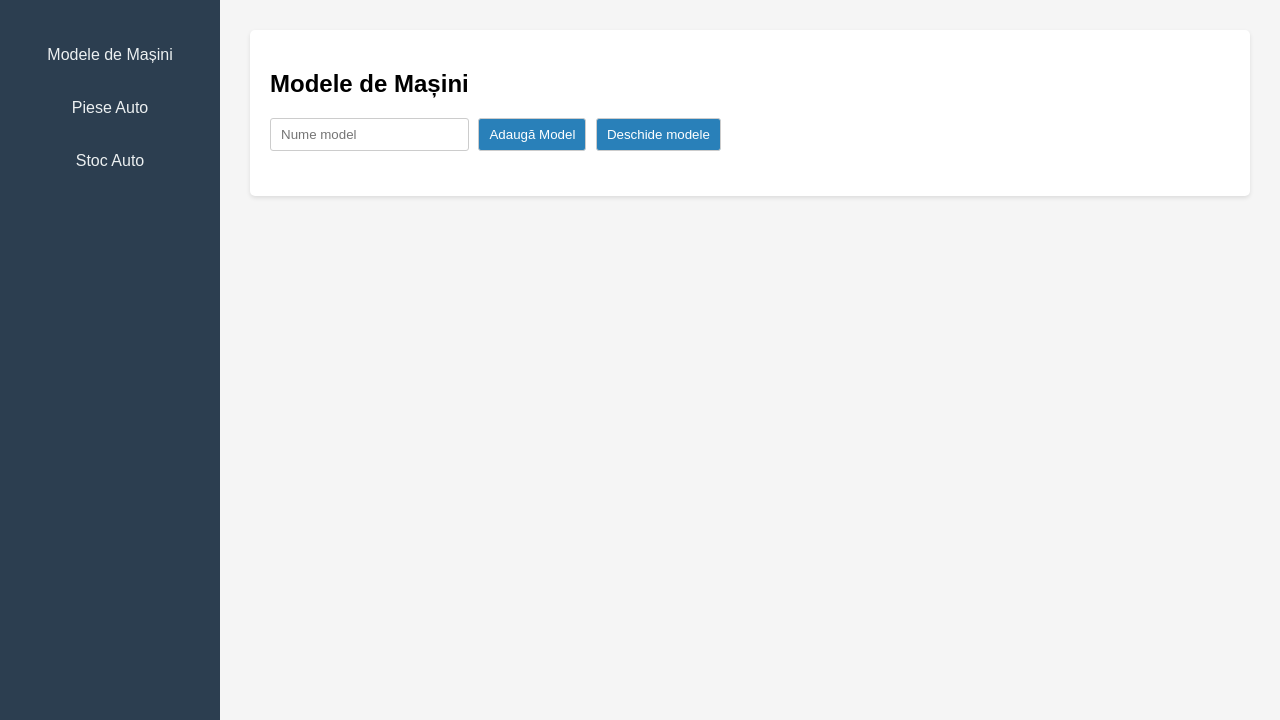
Repository: catalintoma21/autoturc
Page: stockapp1/src/main/resources/static/index.html
The author's editor kept a copy of each file at every save. The page is drawn from the files as they stood at one save, then again after the next save.
The browser window is 1280 px wide. The pictures show the whole page.

Above is the page before, as saved 2025-03-12 11:20:51.

After the next save:
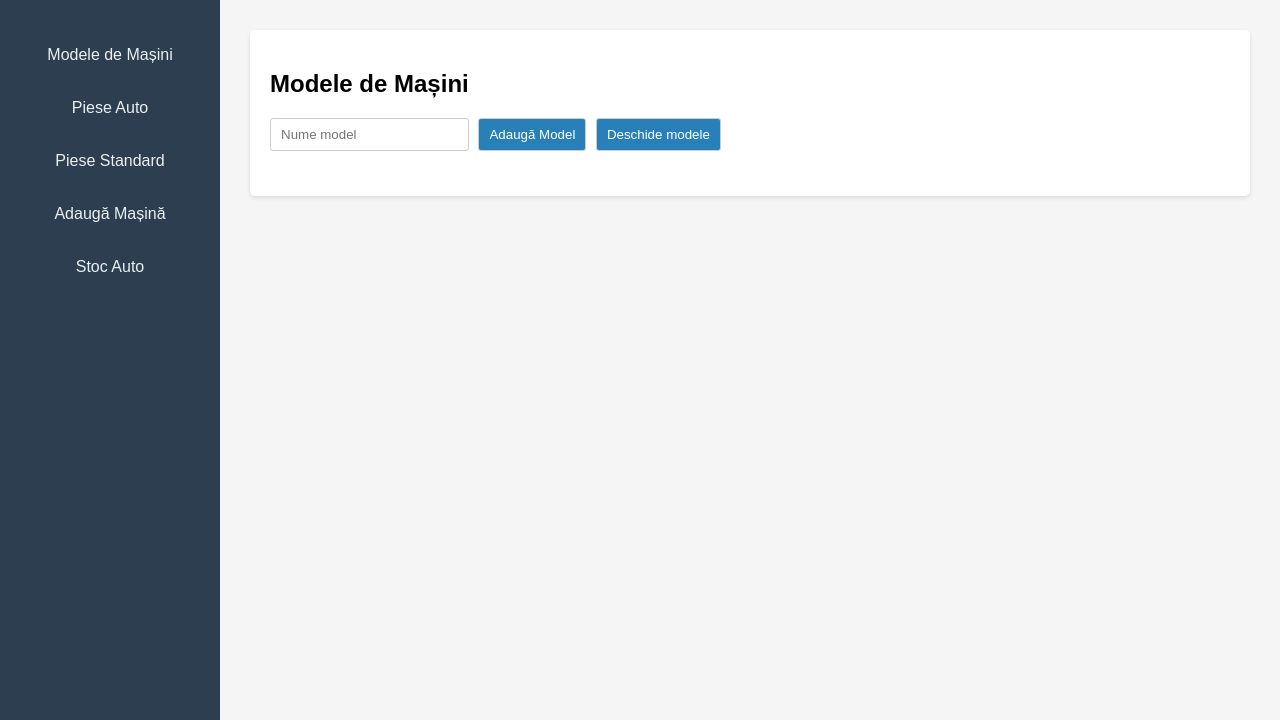
Saved 3 min 37 s later.
--- a/stockapp1/src/main/resources/static/index.html
+++ b/stockapp1/src/main/resources/static/index.html
@@ -12,11 +12,13 @@
       <ul>
         <li><a href="#" data-target="model-section">Modele de Mașini</a></li>
         <li><a href="#" data-target="part-section">Piese Auto</a></li>
+        <li><a href="#" data-target="standard-part-section">Piese Standard</a></li>
+        <li><a href="#" data-target="add-car-section">Adaugă Mașină</a></li>
         <li><a href="#" data-target="stock-section">Stoc Auto</a></li>
       </ul>
     </nav>
 
-    <!-- Conținutul principal -->
+    <!-- Zona de conținut -->
     <div class="content">
       <!-- Secțiunea Modele -->
       <section id="model-section" class="section">
@@ -26,7 +28,7 @@
           <button id="addModelBtn">Adaugă Model</button>
           <button id="openModelBtn">Deschide modele</button>
         </div>
-        <!-- Modal pentru afișarea listei de modele -->
+        <!-- Modal pentru lista modelelor -->
         <div id="modelModal" class="modal">
           <div class="modal-content">
             <span id="closeModelModal" class="close">&times;</span>
@@ -36,9 +38,9 @@
         </div>
       </section>
 
-      <!-- Secțiunea Piese -->
+      <!-- Secțiunea Piese Auto (non-standard) -->
       <section id="part-section" class="section" style="display: none;">
-        <h2>Piese Auto</h2>
+        <h2>Piese Auto (Opțional)</h2>
         <div class="form-group">
           <input type="text" id="partName" placeholder="Nume piesă">
           <input type="text" id="partCarModel" placeholder="Model mașină">
@@ -46,6 +48,31 @@
           <input type="number" id="partEuro" placeholder="Euro" min="3" max="9">
           <input type="text" id="partCode" placeholder="Cod">
           <button id="addPartBtn">Adaugă Piesă</button>
+        </div>
+      </section>
+
+      <!-- Secțiunea Piese Standard -->
+      <section id="standard-part-section" class="section" style="display: none;">
+        <h2>Piese Standard</h2>
+        <div class="form-group">
+          <input type="text" id="stdPartName" placeholder="Nume piesă">
+          <input type="text" id="stdPartCarModel" placeholder="Model mașină">
+          <input type="number" id="stdPartPrice" placeholder="Preț">
+          <input type="number" id="stdPartEuro" placeholder="Euro" min="3" max="9">
+          <input type="text" id="stdPartCode" placeholder="Cod">
+          <!-- Nu afișăm checkbox-ul, ci îl setăm automat pe true -->
+          <button id="addStdPartBtn">Adaugă Piesă Standard</button>
+        </div>
+      </section>
+
+      <!-- Secțiunea Adaugă Mașină -->
+      <section id="add-car-section" class="section" style="display: none;">
+        <h2>Adaugă Mașină cu Piese Standard</h2>
+        <div class="form-group">
+          <select id="selectCarModel">
+            <!-- Se va popula dinamic cu modelele existente -->
+          </select>
+          <button id="addCarBtn">Adaugă Mașină în Stoc</button>
         </div>
       </section>
 
@@ -72,7 +99,7 @@
             </tr>
           </thead>
           <tbody>
-            <!-- Rândurile se vor popula din JavaScript -->
+            <!-- Se vor popula din JS -->
           </tbody>
         </table>
       </section>
